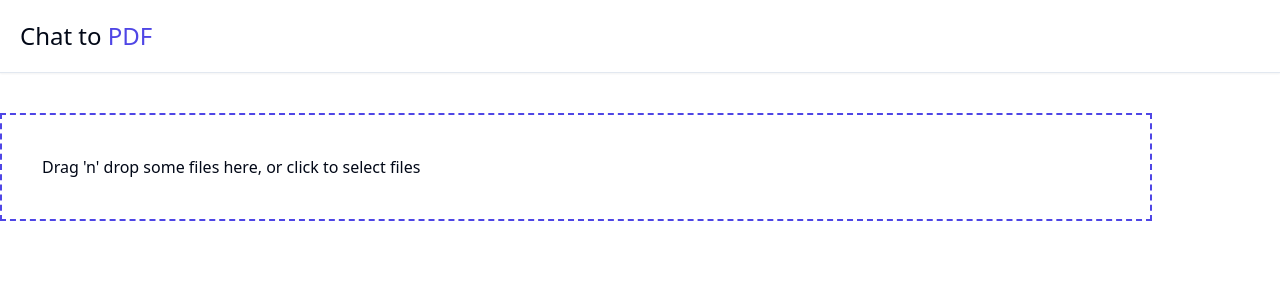
Repository: JonoSuave/chat-with-pdf
Page: /dashboard/upload
These files come from the project's save history. The page is drawn as it stood at one moment and after a run of saves; the edit follows.
The browser window is 1280 px wide. The pictures show the whole page.
The page's requests for data from a server got no answer. The project was rebuilt for these pictures with package versions that can differ from the ones it lists, and the page was loaded fresh each time. Some packages were replaced by stand-ins written for this rebuild. The framework's server and built-in components were replaced by stand-ins that run in the browser. No one was signed in, and anything a server would have sent is missing. Also part of the build but not shown: next.config.mjs, src/lib/utils.ts, src/components/ui/button.tsx.

Above is the page before, as saved 2024-07-24 09:53:42.

### src/app/layout.tsx
import { ClerkProvider } from "@clerk/nextjs";
import "./globals.css";
// import Header from "@/components/Header";

export default function RootLayout({
	children,
}: Readonly<{
	children: React.ReactNode;
}>) {
	return (
		<ClerkProvider>
			<html lang="en">
				<body className="min-h-screen h-screen overflow-hidden flex flex-col">
					{/* <Header /> */}
					{children}
				</body>
			</html>
		</ClerkProvider>
	);
}

### src/app/dashboard/layout.tsx
import Header from "@/components/Header";
import { ClerkLoaded } from "@clerk/nextjs";

function DashBoardLayout({ children }: { children: React.ReactNode }) {
	return (
		<ClerkLoaded>
			<div className="flex-1 flex flex-col h-screen">
				<Header />
				<main className="flex-1 overflow-y-auto">{children}</main>
			</div>
		</ClerkLoaded>
	);
}

export default DashBoardLayout;

### src/app/dashboard/upload/page.tsx
import FileUploader from "@/components/FileUploader";

function UploadPage() {
	return (
		<div>
			<FileUploader />
		</div>
	);
}

export default UploadPage;

### src/components/Header.tsx
"use client";
import { SignedIn, SignedOut, SignInButton, UserButton } from "@clerk/nextjs";
import Link from "next/link";
import React from "react";
import { Button } from "./ui/button";
import { FilePlus2 } from "lucide-react";

export default function Header() {
	return (
		<div className="flex justify-between bg-white shadow-sm p-5 border-b">
			<Link href="/dashboard" className="text-2xl">
				Chat to <span className="text-indigo-600">PDF</span>
			</Link>
			<SignedIn>
				<div className="flex items-center space-x-2">
					<Button asChild variant="link" className="hidden md:flex">
						<Link href="/dashboard/upgrade">Pricing</Link>
					</Button>

					<Button asChild variant="outline">
						<Link href="/dashboard">My Documents</Link>
					</Button>

                    <Button asChild variant="outline">
                        <Link href="/dashboard/upload"><FilePlus2 className="text-indigo-600" /></Link>
                    </Button>
					{/* Upgrade Button */}
					<UserButton />
				</div>
			</SignedIn>
		</div>
	);
}

### src/components/FileUploader.tsx
"use client";
import React, { useCallback } from "react";
import { useDropzone } from "react-dropzone";

function FileUploader() {
	const onDrop = useCallback((acceptedFiles: File[]) => {
		// Do something with the files
	}, []);
	const { getRootProps, getInputProps, isDragActive, isFocused } = useDropzone({ onDrop });
	return (
		<div>
            <div
			{...getRootProps()}
			className={`p-10 border-2 border-indigo-600 border-dashed mt-10 w-[90%]`}>
			<input {...getInputProps()} />
			{isDragActive ? (
				<p>Drop the files here ...</p>
			) : (
				<p>Drag 'n' drop some files here, or click to select files</p>
			)}
		</div>
        </div>
	);
}

export default FileUploader;

Loaded but not shown: src/app/globals.css (common file); tailwind.config.ts (common file)

After the next 2 saves:
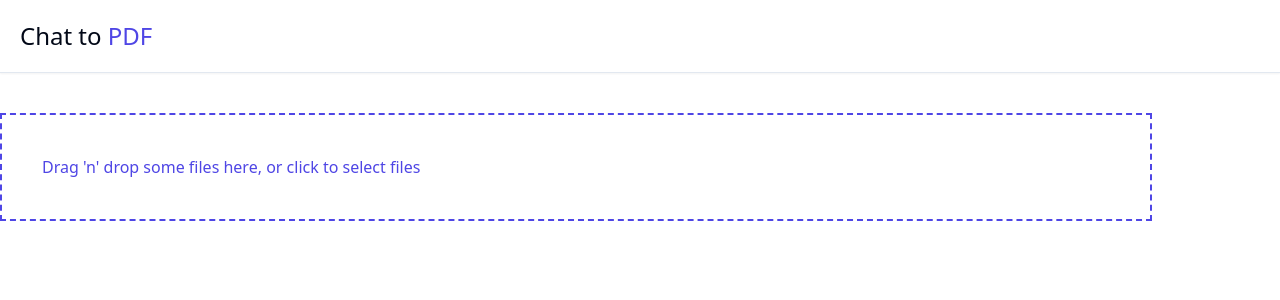
The 2 saves are shown as one change because they came seconds apart.
The last was saved 25 s later.
--- a/src/components/FileUploader.tsx
+++ b/src/components/FileUploader.tsx
@@ -11,7 +11,7 @@ function FileUploader() {
 		<div>
             <div
 			{...getRootProps()}
-			className={`p-10 border-2 border-indigo-600 border-dashed mt-10 w-[90%]`}>
+			className={`p-10 border-2 border-indigo-600 border-dashed mt-10 w-[90%] text-indigo-600`}>
 			<input {...getInputProps()} />
 			{isDragActive ? (
 				<p>Drop the files here ...</p>
